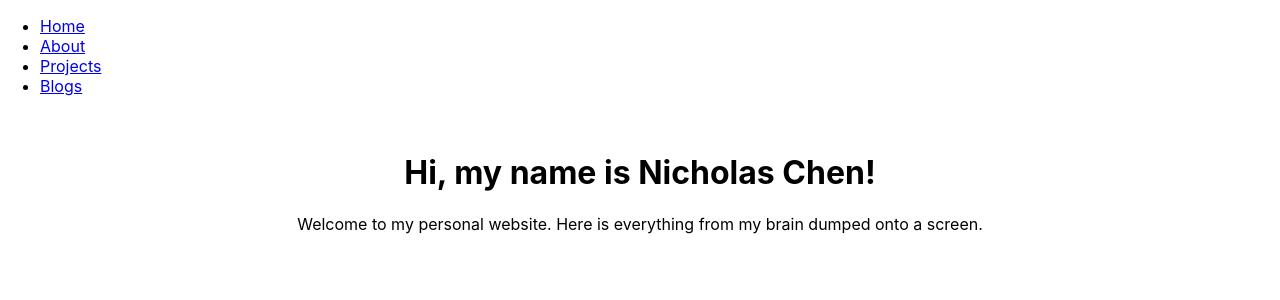
Repository: nicholaschen09/personalWebsite
Page: /
An editor plug-in stored every save of this project. The page is shown before and after the next save, followed by the edit.
The browser window is 1280 px wide. The pictures show the whole page.
The project was rebuilt for these pictures with package versions that can differ from the ones it lists, and the page was loaded fresh each time. Also part of the build but not shown: src/components/About.css, src/components/About.js, src/components/Projects.css, src/components/Projects.js, src/components/Blog.css, src/components/Blog.js, src/components/Miscellaneous.css, src/components/Miscellaneous.js.

Above is the page before, as saved 2024-05-23 00:40:49.

### src/App.js
import React from 'react';
import { BrowserRouter as Router, Route, Routes, Link } from 'react-router-dom';
import About from './components/About.js';
import Home from './components/Home.js';
import Projects from './components/Projects.js';
import Blog from './components/Blog.js';
import Miscellaneous from './components/Miscellaneous.js';

function App() {
  return (
    <Router>
      <div>
        <nav>
          <ul>
            <li>
              <Link to="/">Home</Link>
            </li>
            <li>
              <Link to="/about">About</Link>
            </li>
            <li>
              <Link to="/projects">Projects</Link>
            </li>
            <li>
              <Link to="/blogs">Blogs</Link>
            </li>
          </ul>
        </nav>

        <Routes>
          <Route path="/about" element={<About />} />
          <Route path="/" element={<Home />} />
          <Route path="/projects" element={<Projects />} />
          <Route path="/blogs" element={<Blog />} />
          <Route path="/projects/miscellaneous" element={<Miscellaneous />} />
        </Routes>
      </div>
    </Router>
  );
}

export default App;

### src/components/Home.js
// src/components/Home/Home.js
import React from 'react';
import './Home.css';

const Home = () => {
    return (
        <div className="home">
            <h1>Hi, my name is Nicholas Chen! </h1>
            <p>Welcome to my personal website. Here is everything from my brain dumped onto a screen.</p>
        </div>
    );
};

export default Home;

### src/components/Home.css
/* src/components/Home/Home.css */
.home {
    text-align: center;
    padding: 20px;
}

Loaded but not shown: public/index.html (common file); src/index.js (common file); src/index.css (common file); src/reportWebVitals.js (common file)

After the next save:
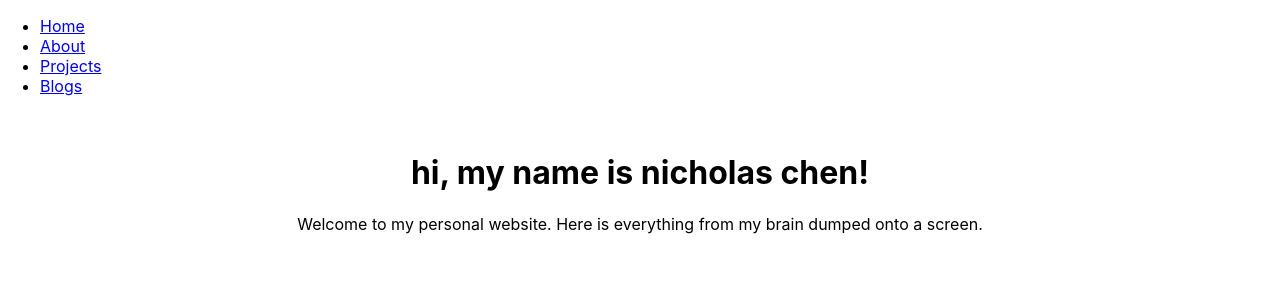
Saved 18 s later.
--- a/src/components/Home.js
+++ b/src/components/Home.js
@@ -5,7 +5,7 @@ import './Home.css';
 const Home = () => {
     return (
         <div className="home">
-            <h1>Hi, my name is Nicholas Chen! </h1>
+            <h1>hi, my name is nicholas chen! </h1>
             <p>Welcome to my personal website. Here is everything from my brain dumped onto a screen.</p>
         </div>
     );
